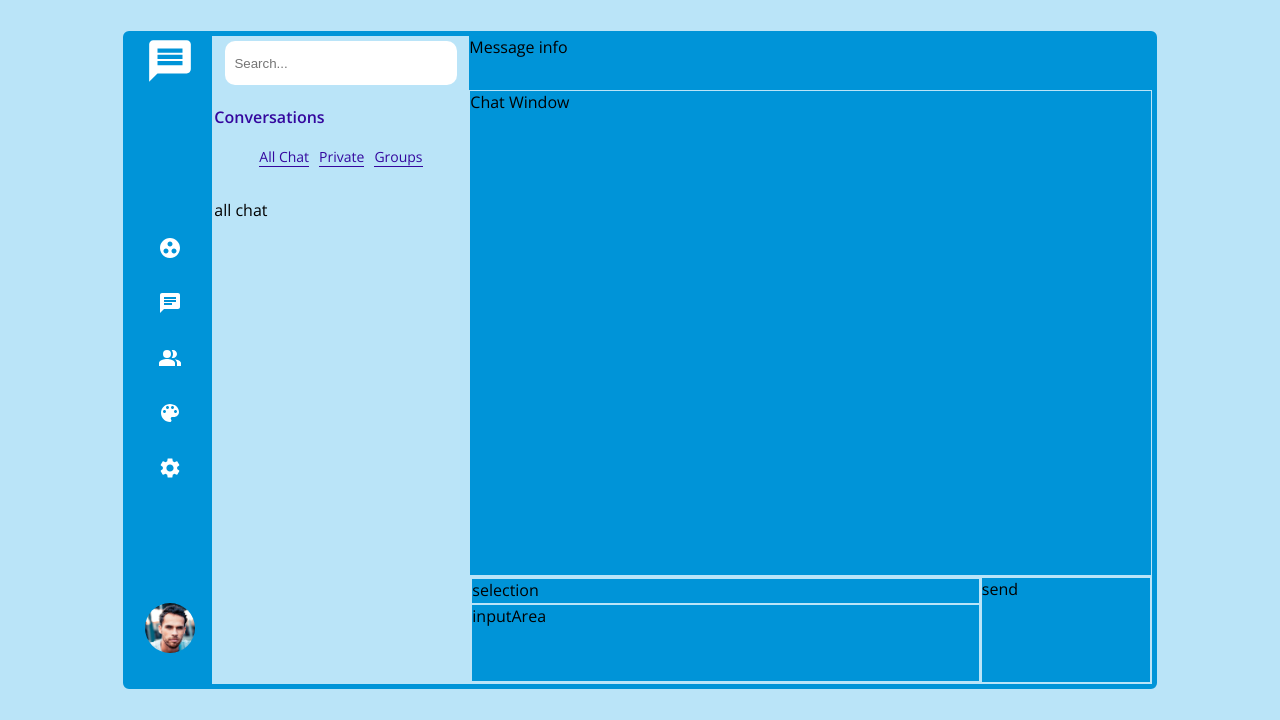
Repository: arafat877/super-chat
Page: /
The author's editor kept a copy of each file at every save. The page is drawn from the files as they stood at one save, then again after the next save.
The browser window is 1280 px wide. The pictures show the whole page.
The project was rebuilt for these pictures with package versions that can differ from the ones it lists, and the page was loaded fresh each time.

Above is the page before, as saved 2020-08-05 00:21:42.

### public/index.html
<!DOCTYPE html>
<html lang="en">
  <head>
    <meta charset="utf-8" />
    <meta name="viewport" content="width=device-width, initial-scale=1" />
    <meta name="theme-color" content="#000000" />
    <meta
      name="description"
      content="Chat application with node.js, express, react.js, mongoDb and socket.io"
    />
    <link rel="stylesheet" href="styles.css">
    <link href="https://fonts.googleapis.com/css2?family=Open+Sans:wght@300;400;600;700;800&display=swap" rel="stylesheet">

    <title>Super Chat</title>
  </head>
  <body>
    <noscript>You need to enable JavaScript to run this app.</noscript>
    <div id="root"></div>
  </body>
</html>

### src/App.js
import React from "react";
import "./App.scss";
import {
  Message,
  GroupWork,
  Chat,
  Palette,
  Settings,
  PeopleAlt,
} from "@material-ui/icons";

function App() {
  return (
    <div className="appContainer">
      <div className="appWrapper">
        <div className="mainColumn">
          <div className="mcLogo">
            <Message className="logo"/>
          </div>
          <div className="mcList">
            <ul className="mainList">
              <li className="mainListItem">
                <GroupWork className="listItemIcon" />
              </li>
              <li className="mainListItem">
                <Chat className="listItemIcon" />
              </li>
              <li className="mainListItem">
                <PeopleAlt className="listItemIcon" />
              </li>
              <li className="mainListItem">
                <Palette className="listItemIcon" />
              </li>
              <li className="mainListItem">
                <Settings className="listItemIcon" />
              </li>
            </ul>
          </div>
          <div className="mcPhoto">
            <img
              className="profilePicture"
              src={require("./assets/m1.jpeg")}
              alt="Profile"
            />
          </div>
        </div>
        <div className="conversationsColumn">
          <div className="ccSearch">
            <input className="searchInput" placeholder="  Search..."/>
          </div>
          <div className="ccTitle">
            <span className="ccTitleSpan">Conversations</span>
          </div>
          <div className="ccSelection">
            <ul className="ccSelectionList">
              <li className="ccSelectionListItem">All Chat</li>
              <li className="ccSelectionListItem">Private</li>
              <li className="ccSelectionListItem">Groups</li>
            </ul>
          </div>
          <div className="ccAllChat">all chat</div>
          {/* <div className="ccPrivate">private</div>
          <div className="ccGroups">groups</div> */}
        </div>
        <div className="messagesColumn">
          <div className="mecInfo">Message info</div>
          <div className="mecWindow">Chat Window</div>
          <div className="mecInput">
            <div className="inputColumn">
              <div className="inputSelection">selection</div>
              <div className="inputArea">inputArea</div>
            </div>
            <div className="inputSend">send</div>
          </div>
        </div>
      </div>
    </div>
  );
}

export default App;

### src/App.scss
:root {
  --main-bg-light: rgb(186, 228, 248);
  --main-bg-dark: rgb(32, 55, 66);
  --main-bg-hot: rgb(204, 98, 79);
  --main-bg-sweet: rgb(198, 255, 164);

  --wrapper-bg-light: rgb(0, 148, 216);
}

.appContainer {
  height: 100vh;
  background-color: var(--main-bg-light);
  display: flex;
  font-family: 'Open Sans', sans-serif;


  .appWrapper {
    height: 90vh;
    width: 80vw;
    background-color: var(--wrapper-bg-light);
    border-radius: 6px;
    border: solid thick var(--wrapper-bg-light);
    margin: auto;
    display: grid;
    grid-template-columns: repeat(12, 1fr);

    .mainColumn {
      border-right: solid thin var(--main-bg-light);
      grid-column-start: 1;
      grid-column-end: 2;
      display: grid;
      grid-template-rows: repeat(12, 1fr);
      text-align: center;

      .mcLogo {
        grid-row-start: 1;
        grid-row-end: 3;

        .logo {
          height: 50px;
          width: 50px;
          color: white;
        }
      }

      .mcList {
        grid-row-start: 3;
        grid-row-end: 11;
        display: flex;

        .mainList {
          list-style: none;
          margin: auto;
          padding: 0px;

          .mainListItem {
            color: white;

            .listItemIcon{
              height: 50px;
            }
          }
        }
      }

      .mcPhoto {
        grid-row-start: 11;
        grid-row-end: 13;
        margin: auto;

        .profilePicture{
          height: 50px;
          width: 50px;
          border-radius: 50%;
          object-fit: cover;
        }
      }
    }

    .conversationsColumn {
      border-right: solid thin var(--main-bg-light);
      grid-column-start: 2;
      grid-column-end: 5;
      display: grid;
      grid-template-rows: repeat(12, 1fr);
      background-color: rgb(186, 228, 248);

      .ccSearch {
        border: solid thin var(--main-bg-light); //temporary
        grid-row-start: 1;
        grid-row-end: 2;
        text-align: center;
        display: flex;

        .searchInput{
          margin: auto;
          border: none;
          width: 90%;
          height: 80%;
          border-radius: 10px;

          &:focus{
            outline: none;
          }
        }
      }

      .ccTitle {
        border: solid thin var(--main-bg-light); //temporary
        grid-row-start: 2;
        grid-row-end: 3;
        display: flex;

        .ccTitleSpan{
          margin-top: auto;
          margin-bottom: auto;
          font-weight: 600;
          color: rgb(52, 7, 158);
        }
      }

      .ccSelection {
        border: solid thin var(--main-bg-light); //temporary
        grid-row-start: 3;
        grid-row-end: 4;

        .ccSelectionList{
          list-style:none;
          margin-top: auto;

          .ccSelectionListItem{
            display: inline;
            margin: 5px;
            font-size: 14px;
            font-weight: 300;
            border-bottom: solid thin;
            color: rgb(52, 7, 158);
          }
        }
      }
      .ccAllChat {
        border: solid thin var(--main-bg-light); //temporary
        grid-row-start: 4;
        grid-row-end: 13;
      }
    }
    .messagesColumn {
      grid-column-start: 5;
      grid-column-end: 13;
      display: grid;
      grid-template-rows: repeat(12, 1fr);

      .mecInfo {
        grid-row-start: 1;
        grid-row-end: 2;
      }
      .mecWindow {
        border: solid thin var(--main-bg-light); //temporary
        grid-row-start: 2;
        grid-row-end: 11;
      }
      .mecInput {
        border: solid thin var(--main-bg-light); //temporary
        grid-row-start: 11;
        grid-row-end: 13;
        display: grid;
        grid-template-columns: repeat(12, 1fr);

        .inputColumn {
          border: solid thin var(--main-bg-light); //temporary
          grid-column-start: 1;
          grid-column-end: 10;
          display: grid;
          grid-template-rows: repeat(12, 1fr);

          .inputSelection {
            border: solid thin var(--main-bg-light); //temporary
            grid-row-start: 1;
            grid-row-end: 4;
          }
          .inputArea {
            border: solid thin var(--main-bg-light); //temporary
            grid-row-start: 4;
            grid-row-end: 13;
          }
        }

        .inputSend {
          border: solid thin var(--main-bg-light); //temporary
          grid-column-start: 10;
          grid-column-end: 13;
        }
      }
    }
  }
}

Loaded but not shown: src/index.js (common file); public/styles.css (common file)

After the next save:
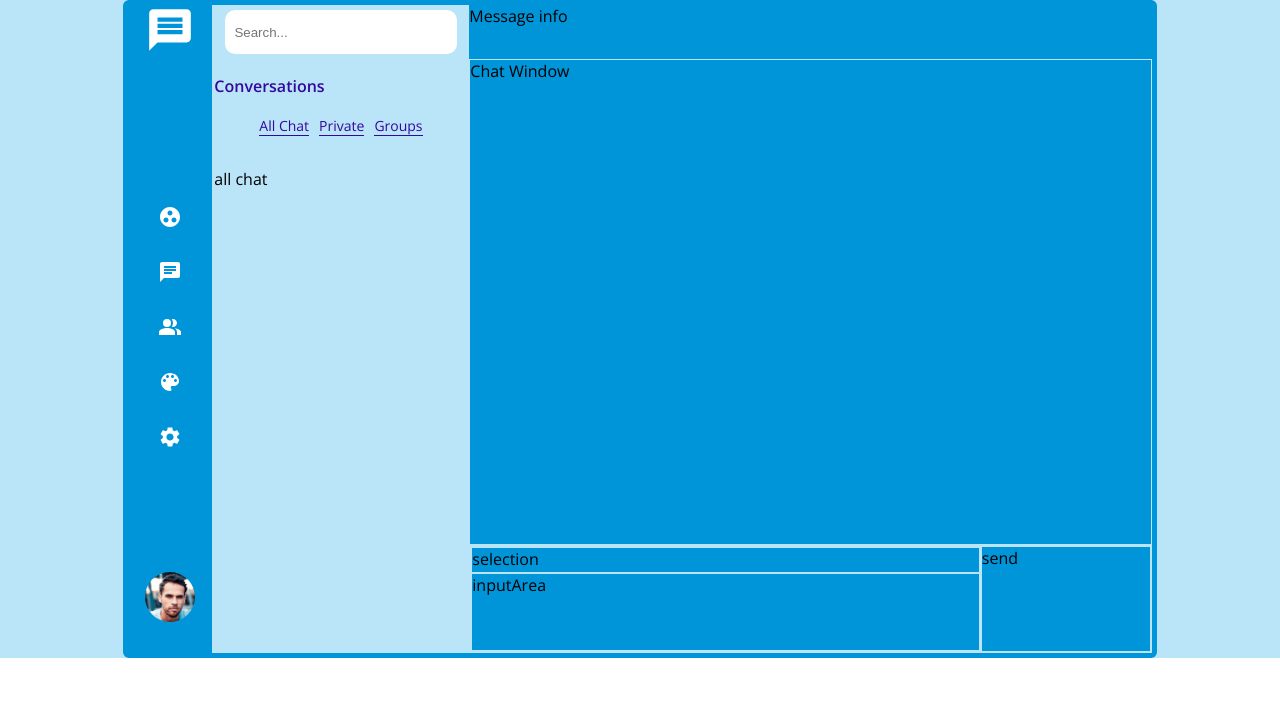
Saved 8 s later.
--- a/src/App.scss
+++ b/src/App.scss
@@ -8,7 +8,7 @@
 }
 
 .appContainer {
-  height: 100vh;
+  // height: 100vh;
   background-color: var(--main-bg-light);
   display: flex;
   font-family: 'Open Sans', sans-serif;
